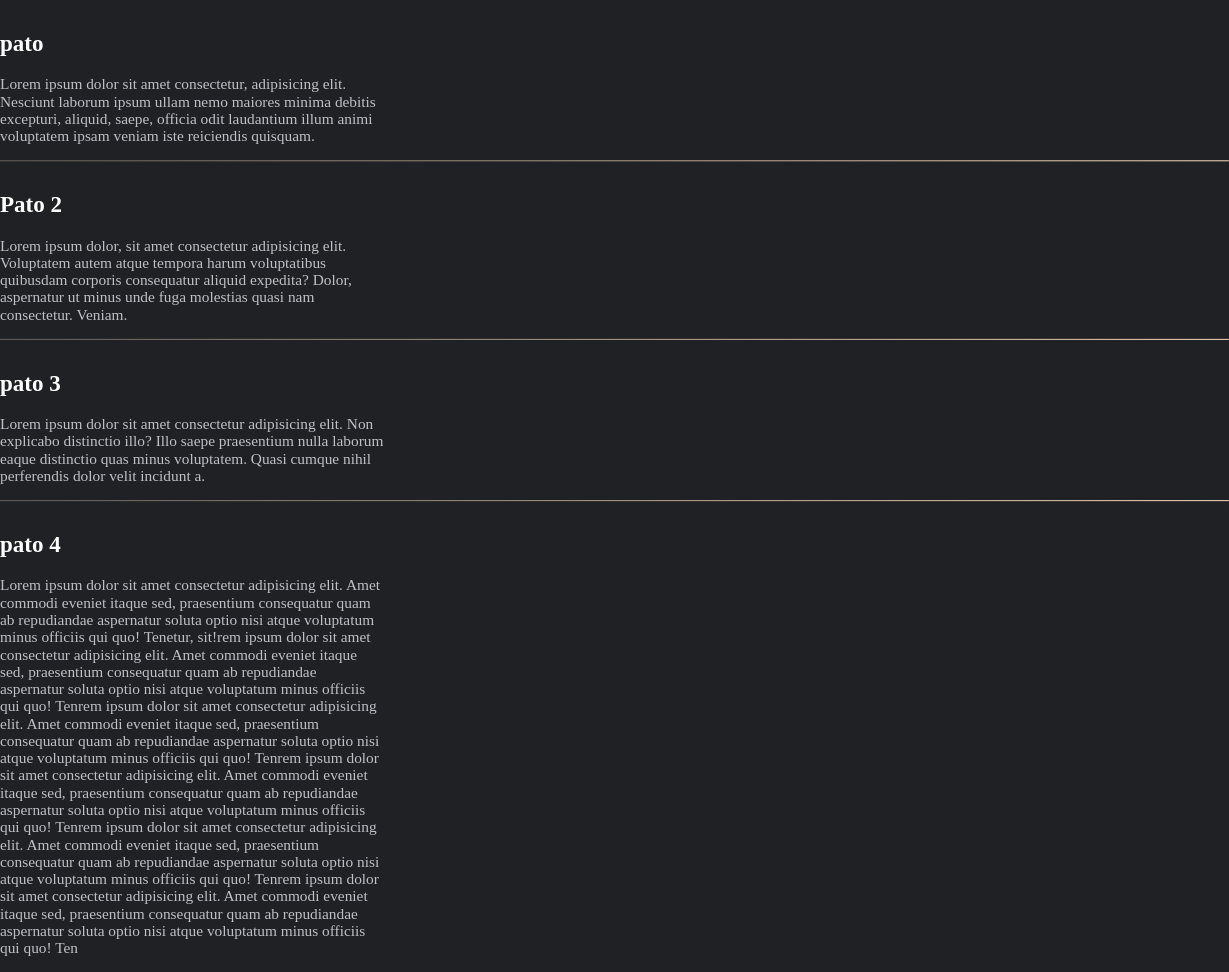
Repository: viviij/Fun-es-Simples-JavaScript
Page: index.html
An editor plug-in stored every save of this project. The page is shown before and after the next save, followed by the edit.
The browser window is 1280 px wide. The pictures show the whole page, at 96% of full size.

Above is the page before, as saved 2022-08-25 21:19:33.

### index.html
<!DOCTYPE html>
<html lang="ptBR">
  <head>
    <meta charset="UTF-8">
    <meta http-equiv="X-UA-Compatible" content="IE=edge">
    <meta name="viewport" content="width=device-width, initial-scale=1.0">
    <link rel="stylesheet" href="styles.css">
    <title>Prova C3C</title>
  </head>
  <body>
    <div class="container">
      <section class="questao_1">
        <h1>pato</h1>
        <p>Lorem ipsum dolor sit amet consectetur, adipisicing elit. Nesciunt laborum ipsum ullam nemo maiores minima debitis excepturi, aliquid, saepe, officia odit laudantium illum animi voluptatem ipsam veniam iste reiciendis quisquam.</p>
      </section>

      <div class="divisaoDasQuestoes"></div>

      <section class="questao_2">
        <h1>Pato 2</h1>
        <p>Lorem ipsum dolor, sit amet consectetur adipisicing elit. Voluptatem autem atque tempora harum voluptatibus quibusdam corporis consequatur aliquid expedita? Dolor, aspernatur ut minus unde fuga molestias quasi nam consectetur. Veniam.</p>
      </section>

      <div class="divisaoDasQuestoes"></div>

      <section class="questao_3">
        <h1>pato 3</h1>
        <p>Lorem ipsum dolor sit amet consectetur adipisicing elit. Non explicabo distinctio illo? Illo saepe praesentium nulla laborum eaque distinctio quas minus voluptatem. Quasi cumque nihil perferendis dolor velit incidunt a.</p>
      </section>

      <div class="divisaoDasQuestoes"></div>

      <section class="questao_4">
        <h1>pato 4</h1>
        <p>Lorem ipsum dolor sit amet consectetur adipisicing elit. Amet commodi eveniet itaque sed, praesentium consequatur quam ab repudiandae aspernatur soluta optio nisi atque voluptatum minus officiis qui quo! Tenetur, sit!rem ipsum dolor sit amet consectetur adipisicing elit. Amet commodi eveniet itaque sed, praesentium consequatur quam ab repudiandae aspernatur soluta optio nisi atque voluptatum minus officiis qui quo! Tenrem ipsum dolor sit amet consectetur adipisicing elit. Amet commodi eveniet itaque sed, praesentium consequatur quam ab repudiandae aspernatur soluta optio nisi atque voluptatum minus officiis qui quo! Tenrem ipsum dolor sit amet consectetur adipisicing elit. Amet commodi eveniet itaque sed, praesentium consequatur quam ab repudiandae aspernatur soluta optio nisi atque voluptatum minus officiis qui quo! Tenrem ipsum dolor sit amet consectetur adipisicing elit. Amet commodi eveniet itaque sed, praesentium consequatur quam ab repudiandae aspernatur soluta optio nisi atque voluptatum minus officiis qui quo! Tenrem ipsum dolor sit amet consectetur adipisicing elit. Amet commodi eveniet itaque sed, praesentium consequatur quam ab repudiandae aspernatur soluta optio nisi atque voluptatum minus officiis qui quo! Ten</p>
      </section>
    </div>
    <script src="Prova_Segunda_Etapa_C3C.js"></script>
  </body>
</html>

### styles.css
body {
  margin: 0;
  padding: 0;
  box-sizing: border-box;
  background: var(--background-color);
}

a {
  text-decoration: none;
}

ul {
  list-style: none;
}

:root {
  /*CORES GLOBAIS*/
  --text-color: #bdc1c6;
  --background-color: #202124;
  --title-color: #ffffff;

}

.container section {
  max-height: auto;
  max-width: 400px;
}

section {
  color: var(--text-color);
  margin-top: 2rem;
}

.container .divisaoDasQuestoes {
  height: 1px;
  background: linear-gradient(270deg,
      hsla(33, 100%, 88%, 1) 0%,
      hsla(33, 65%, 88%, 0.34) 100%);
}

section h1,
h2,
h3,
h4,
h5 {
  color: var(--title-color);
}

.container .questao_1 {}

.container .questao_2 {}

.container .questao_3 {}

.container .questao_4 {}

Loaded but not shown: Prova_Segunda_Etapa_C3C.js (no stored copy; drawn as an empty file)

After the next save:
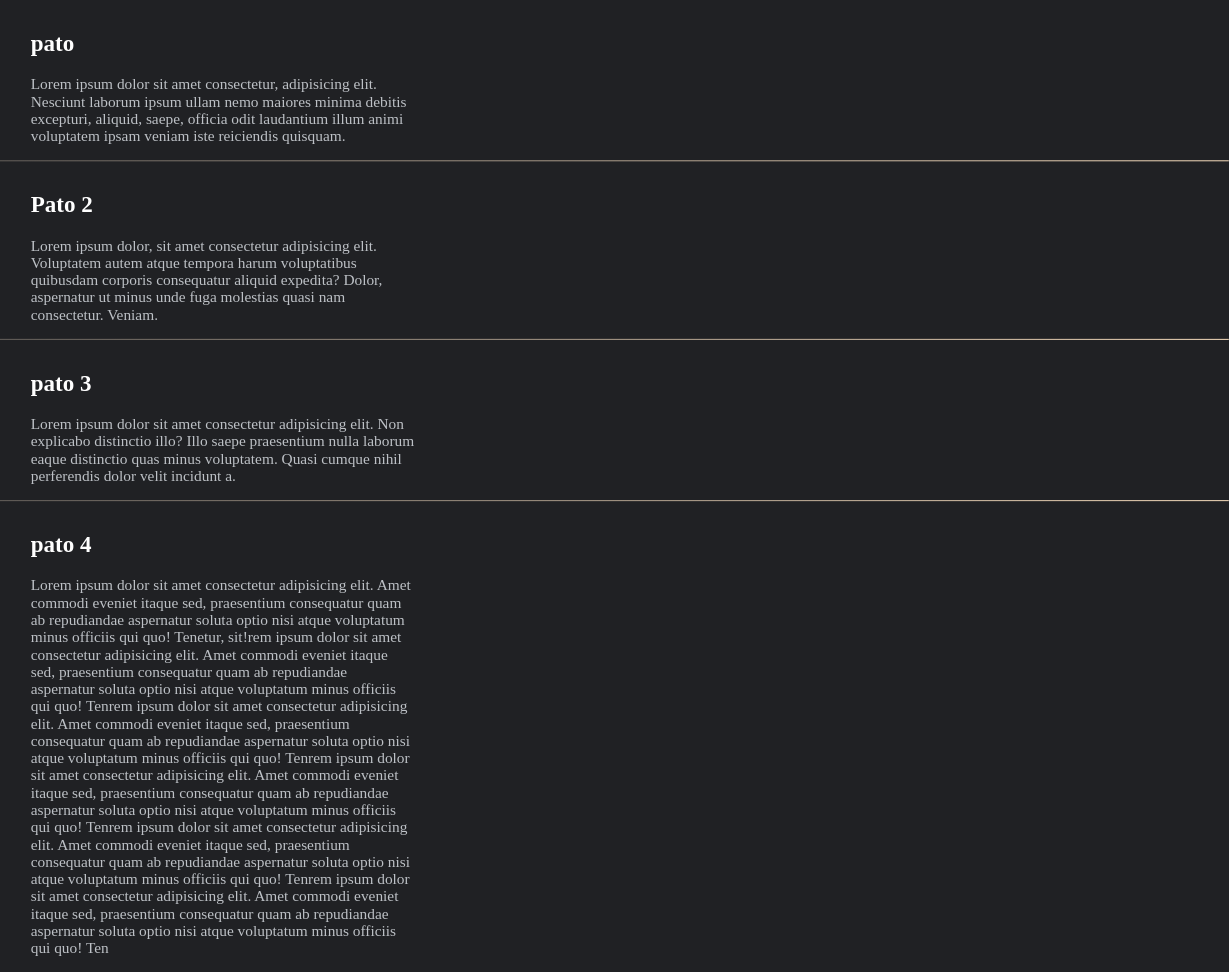
Saved 8 min 27 s later.
--- a/styles.css
+++ b/styles.css
@@ -27,6 +27,7 @@ ul {
 }
 
 section {
+  margin-left: 2rem;
   color: var(--text-color);
   margin-top: 2rem;
 }
